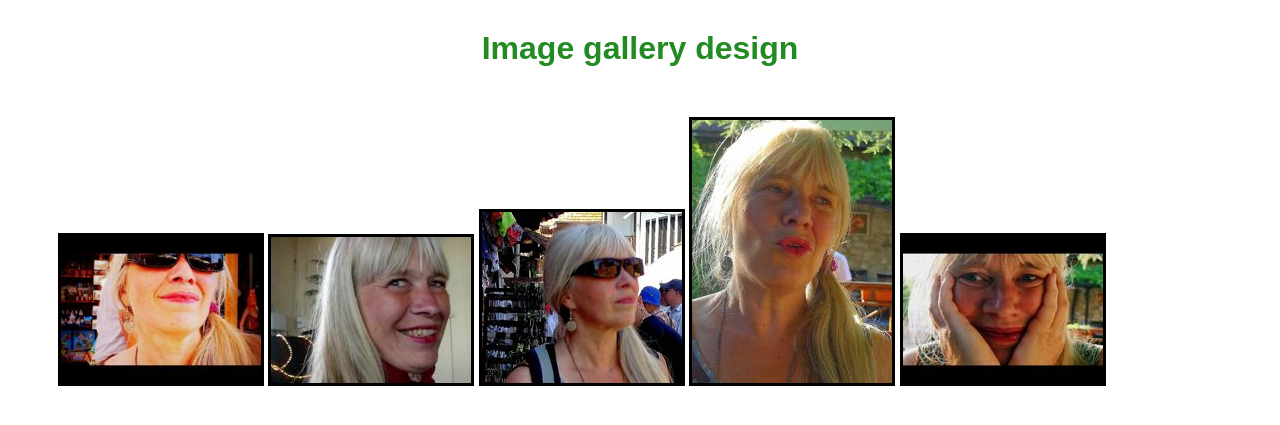
Repository: hindrik40/bildspel-lightbox
Page: index.html
The author's editor kept a copy of each file at every save. The page is drawn from the files as they stood at one save, then again after the next save.
The browser window is 1280 px wide. The pictures show the whole page.

Above is the page before, as saved 2021-08-08 16:44:47.

### index.html
<!DOCTYPE html>
<html lang="en">
<head>
    <meta charset="UTF-8">
    <meta http-equiv="X-UA-Compatible" content="IE=edge">
    <meta name="viewport" content="width=device-width, initial-scale=1.0">
    <link rel="stylesheet" href="css/style.css">
    <title>slide lightbox</title>
</head>
<body>
    <h1>Image gallery design</h1>
    <div class="gallery">
        <img src="images/b7t.jpg">
        <img src="images/b5t.jpg">
        <img src="images/b6t.jpg">
        <img src="images/b9t.jpg">
        <img src="images/b8t.jpg">



    </div>

</body>
</html>

### css/style.css
body{
    font-family: sans-serif;
}
h1{
    text-align: center;
    color:forestgreen;
    margin: 30px 0 50px;
}
.gallery
{
    margin:10px 50px;
}

.gallery

img{
    border:3px solid black;
}

After the next save:
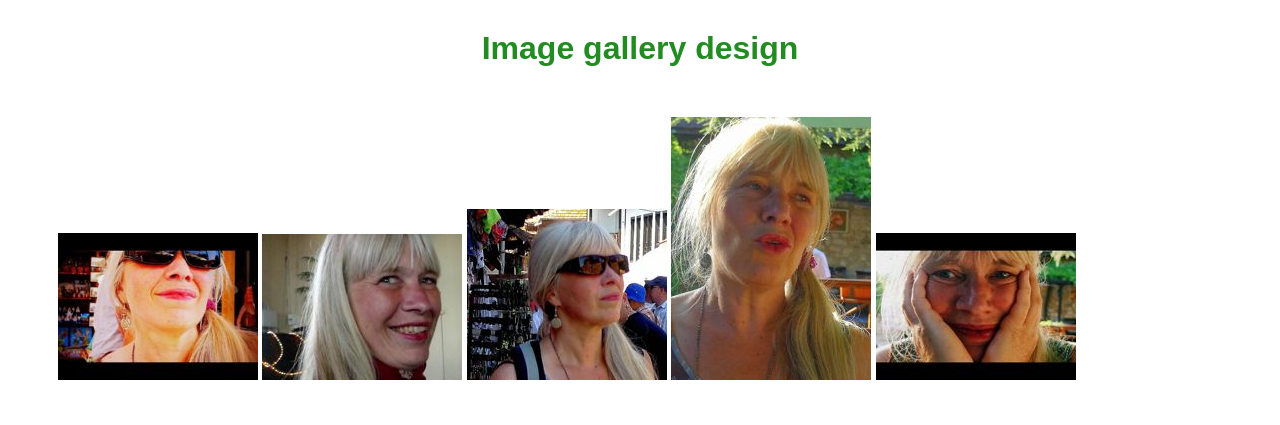
Saved 4 s later.
--- a/css/style.css
+++ b/css/style.css
@@ -11,7 +11,7 @@
     margin:10px 50px;
 }
 
-.gallery
+.gallery img
 
 img{
     border:3px solid black;

After the save that followed:
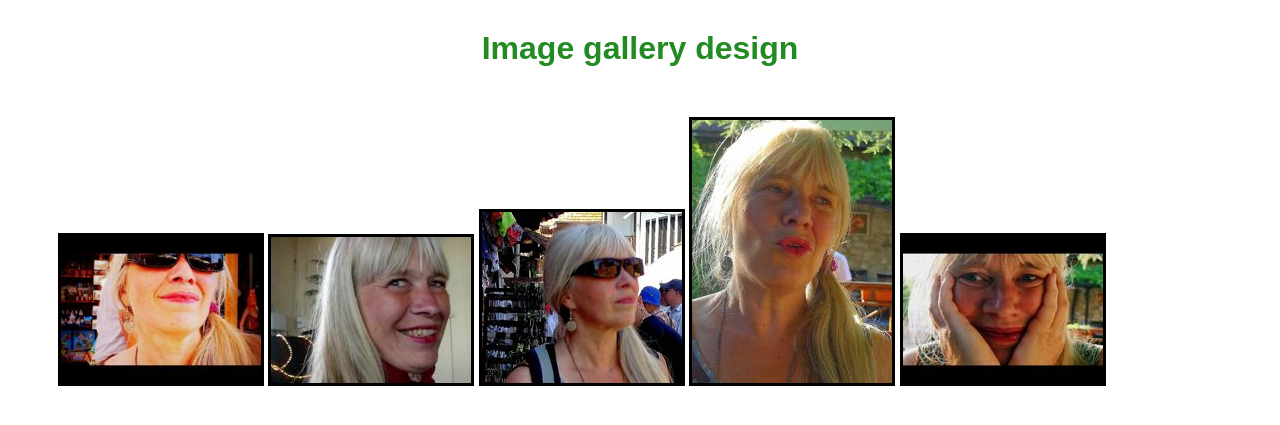
Saved 4 s later.
--- a/css/style.css
+++ b/css/style.css
@@ -11,7 +11,8 @@
     margin:10px 50px;
 }
 
-.gallery img
+.gallery img{
+    width}
 
 img{
     border:3px solid black;
